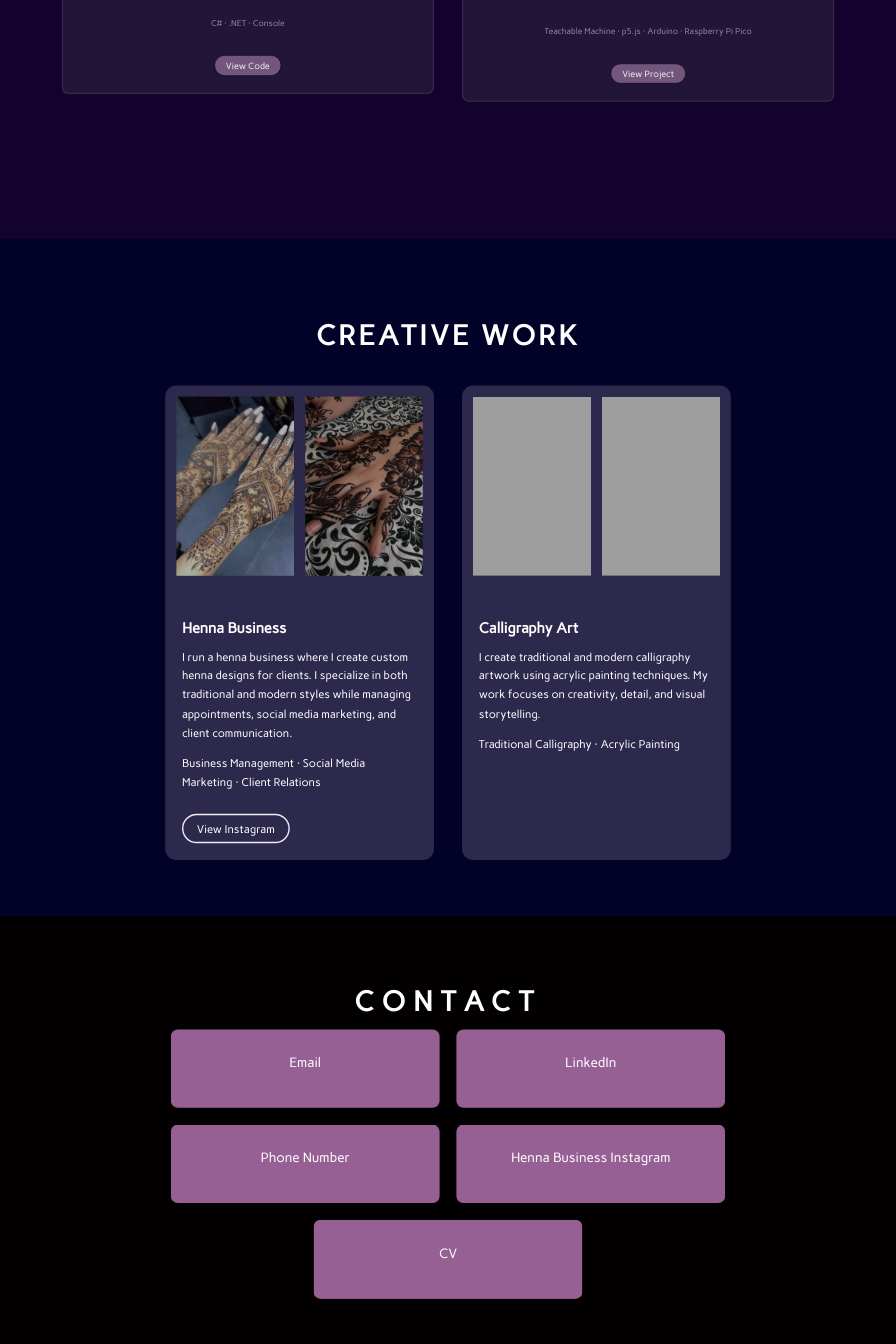
Repository: Rameen-A/Rameen-A
Page: index.html
An editor plug-in stored every save of this project. The page is shown before and after the next save, followed by the edit.
The browser window is 1280 px wide. The pictures show the part of the page from y = 1981 to 3901 px (the page is 3901 px tall before and 3867 px after), at 70% of full size.
Pictures or frames that could not be fetched are drawn as grey boxes.

Above is the page before, as saved 2026-05-11 22:47:18.

After the next save:
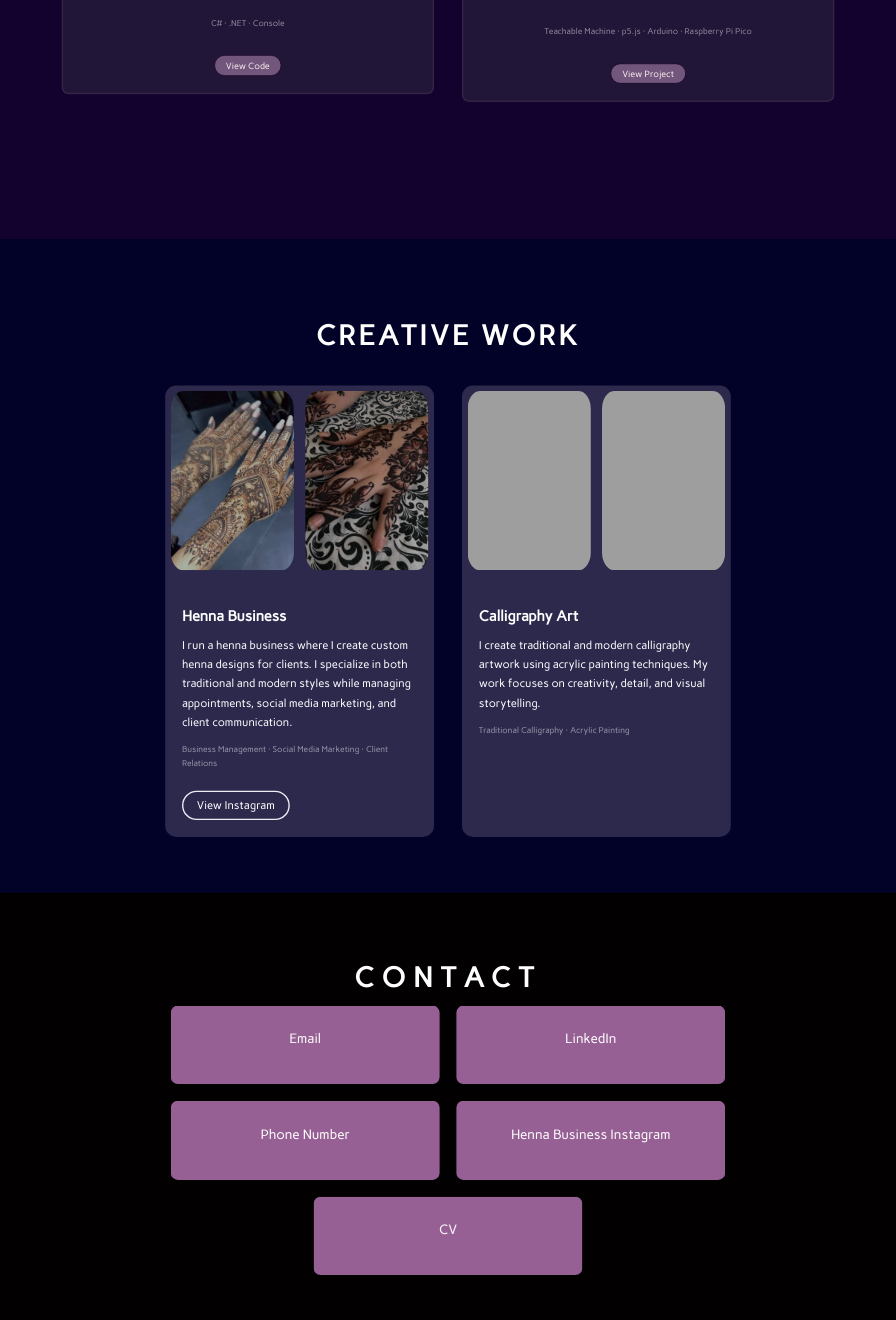
Saved 6 min 47 s later.
--- a/styles/index.css
+++ b/styles/index.css
@@ -214,8 +214,11 @@ article {
   display: grid;
   grid-template-columns: 1fr 1fr;
   gap: 1rem;
-  padding: 1rem;
-  border-radius: 50%;
+  padding: 0.5rem;
+
+}
+.creative-images img {
+  border-radius: 10%;
 }
 .creative-content a {
   display: inline-block;
@@ -258,7 +261,11 @@ article {
 .creative-content p {
   line-height: 1.7;
 }
-
+.creative-tech{
+  font-size: 0.75rem;
+  opacity: 0.5;
+  margin: 0.75rem 0;
+}
 /*CONTACT PAGE*/
 .contact {
   display: flex;
